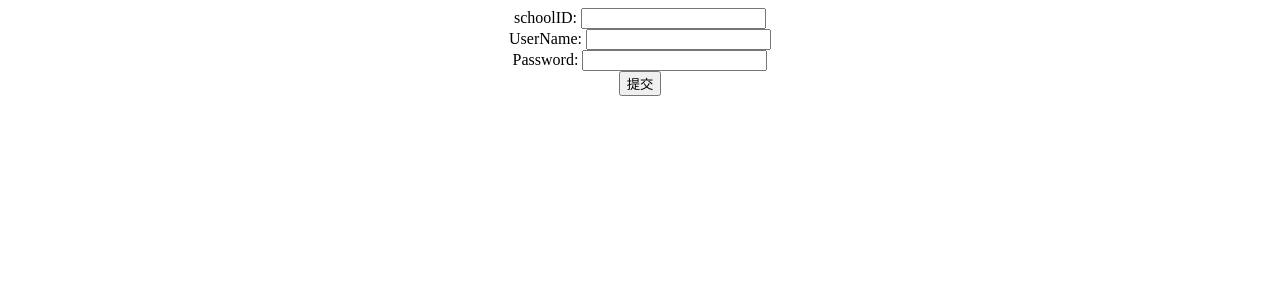
Repository: francisXKF/gitcommitUML
Page: http://localhost/mySystem/JSP/register.jsp
These files come from the project's save history. The page is drawn as it stood at one moment and after the next save; the edit follows.
The browser window is 1280 px wide. The pictures show the whole page.
The page is served by Tomcat 9. Other server files are loaded and not shown.

Above is the page before, as saved 2015-05-24 01:37:50.

### javaEEUml/mySystem/WebContent/JSP/register.jsp
<%@ page language="java" contentType="text/html; charset=utf-8"
    pageEncoding="utf-8"%>
<!DOCTYPE html PUBLIC "-//W3C//DTD HTML 4.01 Transitional//EN" "http://www.w3.org/TR/html4/loose.dtd">
<html>
<head>
<meta http-equiv="Content-Type" content="text/html; charset=utf-8">
<title>Register</title>
</head>
<body>
<div align="center">
	<form action="/mySystem/register-judge" method="post">
		schoolID: <input type="text" name="schoolID" value="" /><br/>
		UserName: <input type="text" name="username" value="" /><br/>
		Password: <input type="password" name="password" value="" /><br/>
		<input type="submit" value="提交" /><br/>
	</form>
</div>
</body>
</html>

After the next save:
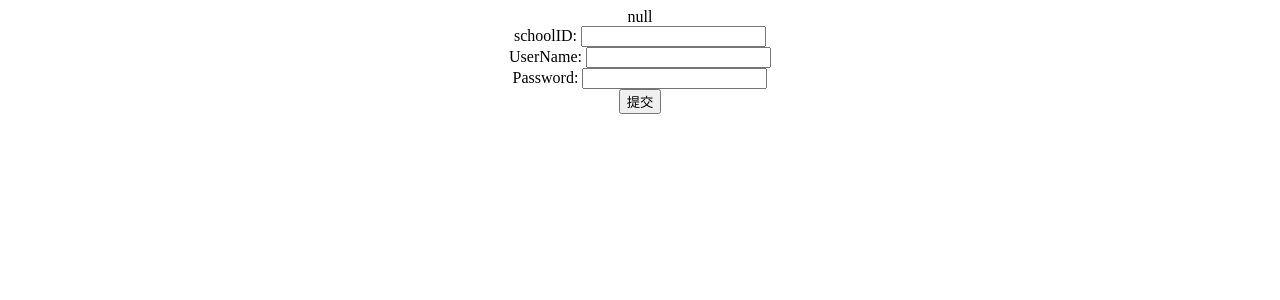
Saved 2 min 0 s later.
--- a/javaEEUml/mySystem/WebContent/JSP/register.jsp
+++ b/javaEEUml/mySystem/WebContent/JSP/register.jsp
@@ -7,7 +7,11 @@
 <title>Register</title>
 </head>
 <body>
+<%
+	String transmessage = (String)request.getAttribute("transmessage");
+%>
 <div align="center">
+	<%=transmessage %>
 	<form action="/mySystem/register-judge" method="post">
 		schoolID: <input type="text" name="schoolID" value="" /><br/>
 		UserName: <input type="text" name="username" value="" /><br/>
